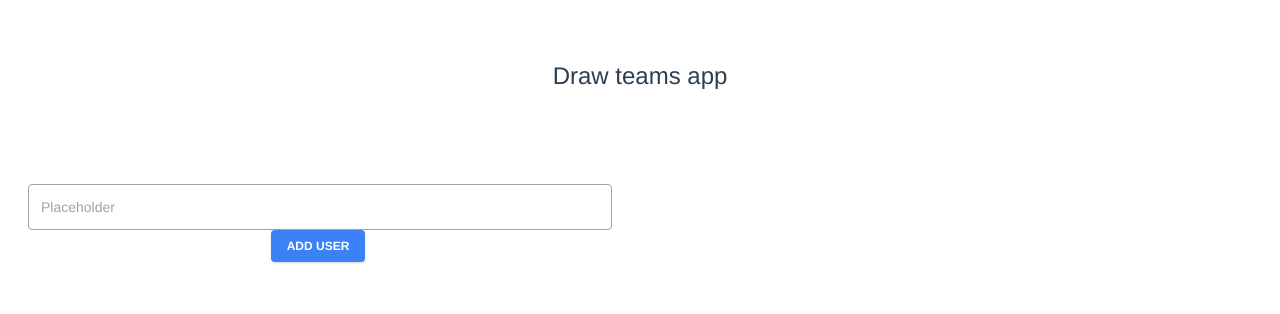
Repository: AlekJanevski/draw-teams-app
Page: /
An editor plug-in stored every save of this project. The page is shown before and after the next save, followed by the edit.
The browser window is 1280 px wide. The pictures show the whole page.
The project was rebuilt for these pictures with package versions that can differ from the ones it lists, and the page was loaded fresh each time.

Above is the page before, as saved 2021-03-18 20:21:39.

After the next save:
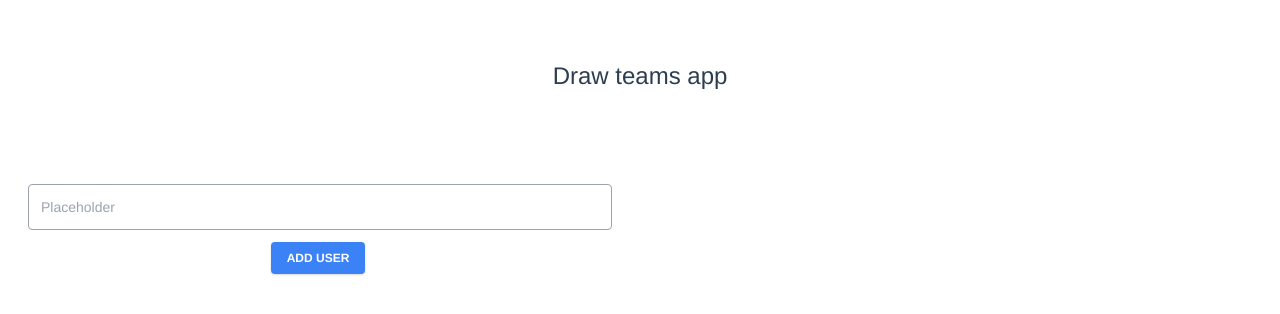
Saved 15 s later.
--- a/src/components/HelloWorld.vue
+++ b/src/components/HelloWorld.vue
@@ -9,7 +9,7 @@
       <!-- Add user input ends -->
 
       <!-- Add user button starts -->
-      <button class="px-4 py-2 mb-1 mr-1 text-xs font-bold text-white uppercase bg-blue-500 rounded shadow outline-none active:bg-blue-600 hover:shadow-md focus:outline-none" type="button" style="transition: all .15s ease">
+      <button class="px-4 py-2 mt-3 mb-1 mr-1 text-xs font-bold text-white uppercase bg-blue-500 rounded shadow outline-none active:bg-blue-600 hover:shadow-md focus:outline-none" type="button" style="transition: all .15s ease">
         Add user
       </button>
       <!-- Add button ends -->
